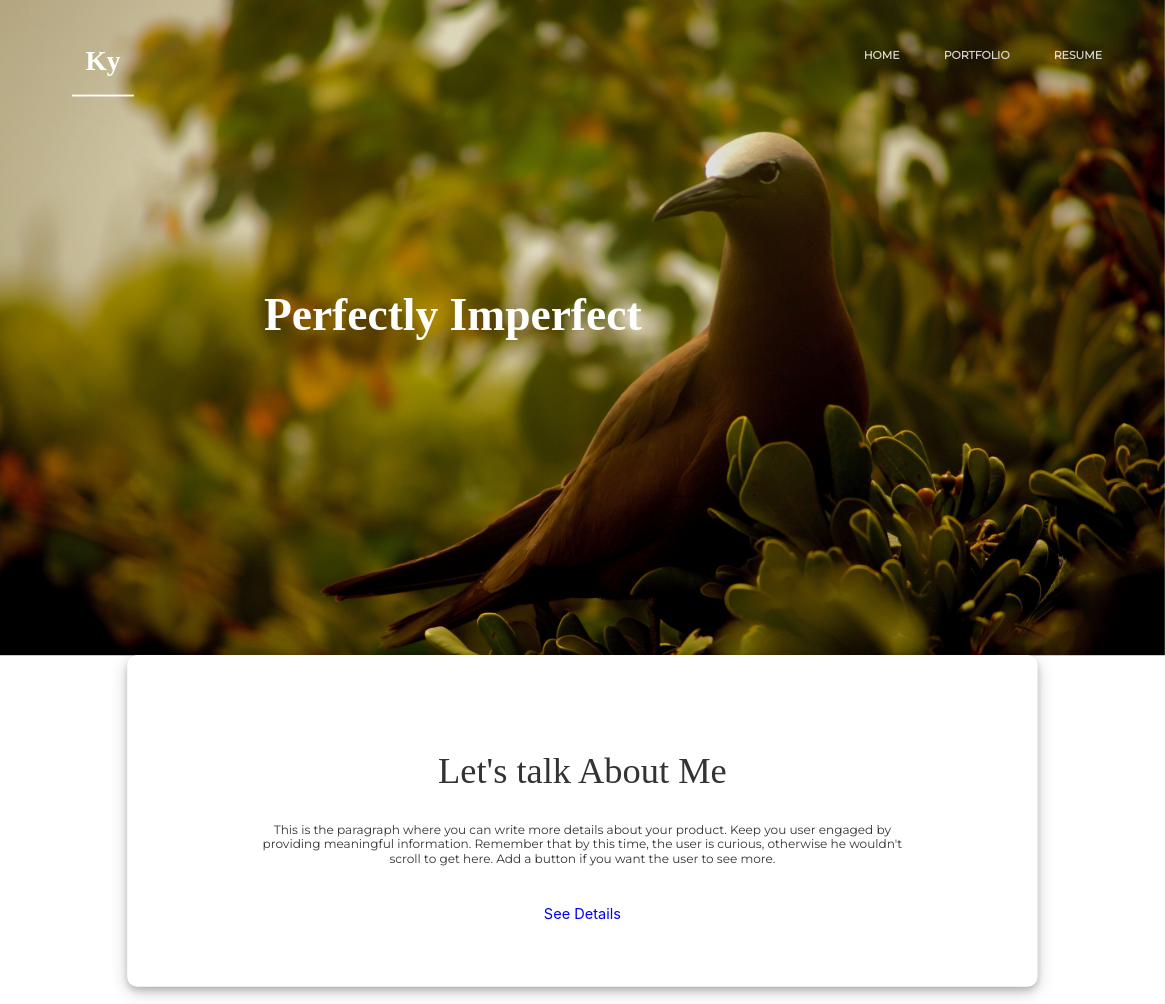
Repository: kkyler24/Perfectly-Imperfect
Page: / (app in imperfect/)
The author's editor kept a copy of each file at every save. The page is drawn from the files as they stood at one save, then again after the next save.
The browser window is 1280 px wide. The pictures show the whole page, at 91% of full size.
Backgrounds fixed to the window are drawn as part of the page. Some web fonts or font styles are not loaded; a fallback is used. The project was rebuilt for these pictures with package versions that can differ from the ones it lists, and the page was loaded fresh each time.

Above is the page before, as saved 2020-08-06 12:10:28.

### imperfect/public/index.html
<!DOCTYPE html>
<html lang="en">
  <head>
    <meta charset="utf-8" />
    <link rel="icon" href="%PUBLIC_URL%/favicon.ico" />
    <meta name="viewport" content="width=device-width, initial-scale=1" />
    <meta name="theme-color" content="#000000" />
    <meta
      name="description"
      content="Web site created using create-react-app"
    />
    <link rel="apple-touch-icon" href="%PUBLIC_URL%/logo192.png" />

    <link rel="manifest" href="%PUBLIC_URL%/manifest.json" />

    <link
      href="https://fonts.googleapis.com/css2?family=Montserrat&family=Petit+Formal+Script&display=swap"
      rel="stylesheet"
    />

    <title>React App</title>
  </head>
  <body>
    <noscript>You need to enable JavaScript to run this app.</noscript>
    <div id="root"></div>
  </body>
</html>

### imperfect/src/App.js
import React from "react";
import logo from "./logo.svg";
import "./App.css";
import Nav from "./Components/navbarComponent/navbar.js";
import PGHeader from "./Components/Headerindex/header.js";
import AboutMe from "./Components/aboutMeIndex/aboutme.js";

function App() {
  return (
    <div className="App">
      <Nav />
      <PGHeader />
      <AboutMe />
    </div>
  );
}

export default App;

### imperfect/src/App.css
body {
  color: #66615b;
  font-size: 16px;
  box-sizing: border-box;
  display: block;
}

### imperfect/src/Components/navbarComponent/navbar.js
import React from "react";
import "./navbar.css";

function NavBar() {
  return (
    <div>
      <nav
        color-on-scroll="300"
        class="fixed-top navbar-transparent navbar navbar-expand-lg"
      >
        <div class="container-fluid">
          <div class="navbar-translate">
            <a
              id="Kytitle"
              data-placement="bottom"
              target="_blank"
              title="Coded by Creative Tim"
              class="navbar-brand"
              href="#/index"
            >
              Ky
            </a>
            <button aria-expanded="false" class="navbar-toggler navbar-toggler">
              <span class="navbar-toggler-bar bar1"></span>
              <span class="navbar-toggler-bar bar2"></span>
              <span class="navbar-toggler-bar bar3"></span>
            </button>
          </div>
          <div class="justify-content-end collapse navbar-collapse">
            <ul class="navbar-nav">
              <li class="nav-item">
                <a
                  data-placement="bottom"
                  href="https://www.linkedIn"
                  target="_blank"
                  title="Let's connect on LinkedIn"
                  class="nav-link"
                >
                  {/* <i class="fa fa-linkedIn"></i> */}
                </a>
              </li>
              <li class="nav-item">
                <a
                  data-placement="bottom"
                  href="https://www.linkedIn"
                  target="_blank"
                  title="Let's connect on LinkedIn"
                  class="nav-link"
                >
                  {/* <i class="fa fa-linkedIn"></i> */}
                </a>
              </li>
              <li class="nav-item">
                <a
                  data-placement="bottom"
                  href="https://twitter.com/CreativeTim?ref=creativetim"
                  target="_blank"
                  title="Follow us on Twitter"
                  class="nav-link"
                >
                  {/* <i class="fa fa-twitter"></i> */}
                  <p class="d-lg-none"></p>
                </a>
                <li class="nav-item mr-2rem">
                  <a
                    data-placement="bottom"
                    href="https://www.github.com/CreativeTimOfficial?ref=creativetim"
                    target="_blank"
                    title="Star on GitHub"
                    class="nav-link"
                  >
                    {/* <i class="fa fa-github"></i> */}
                    <p class="d-lg-none"></p>
                  </a>
                </li>
              </li>
              <li class="nav-item">
                <a class="nav-link" href="#/index">
                  <i class="nc-icon nc-layout-11"></i> Home
                </a>
              </li>
              <li class="nav-item">
                <a class="nav-link" href="#/index">
                  <i class="nc-icon nc-layout-11"></i> Portfolio
                </a>
              </li>
              <li class="nav-item">
                <a target="_blank" class="nav-link" href="#/documentation">
                  <i class="nc-icon nc-book-bookmark"></i> Resume
                </a>
              </li>

              <li class="nav-item">
                <a
                  data-placement="bottom"
                  href="https://www.github.com/CreativeTimOfficial?ref=creativetim"
                  target="_blank"
                  title="Star on GitHub"
                  class="nav-link"
                >
                  {/* <i class="fa fa-github"></i> */}
                  <p class="d-lg-none"></p>
                </a>
              </li>
            </ul>
          </div>
        </div>
      </nav>
    </div>
  );
}
export default NavBar;

### imperfect/src/Components/Headerindex/header.js
import React from "react";
import "./Indexheader.css";

function PageHeader(props) {
  return (
    <div id="background" className="page-header" data-parallax="true">
      <div className="filter"></div>
      <div className="headerContainer">
        <div className="motto text-center">
          <h1 id="JumboHeaderTitle">Perfectly Imperfect</h1>
          <br />
        </div>
      </div>
    </div>
  );
}
export default PageHeader;

### imperfect/src/Components/aboutMeIndex/aboutme.js
import React from "react";
import "./aboutme.css";

function Aboutme() {
  return (
    <div className=" card aboutMain">
      <div className="sectionAB text-center">
        <div className="ABcontainer">
          <div class="row">
            <div class="ml-auto mr-auto col-md-8">
              <h2 class="titleAB">Let's talk About Me</h2>
              <h5 class="descriptionAB">
                This is the paragraph where you can write more details about
                your product. Keep you user engaged by providing meaningful
                information. Remember that by this time, the user is curious,
                otherwise he wouldn't scroll to get here. Add a button if you
                want the user to see more.
              </h5>
              <br />
              <a href="#pablo" class="btn-round btn btn-info">
                See Details
              </a>
            </div>
          </div>
        </div>
      </div>
    </div>
  );
}
export default Aboutme;

### imperfect/src/Components/navbarComponent/navbar.css
/* navbar */
#Kytitle {
  font-family: "Petit Formal Script", cursive;
  font-size: 30px;
  color: #fff;
  border-bottom: solid 2px rgb(255, 255, 255);
  text-transform: capitalize;
}

.navbar.navbar-transparent {
  background: transparent !important;
  padding-top: 25px;
  box-shadow: none;
}

.navbar.navbar-transparent .navbar-brand {
  color: rgb(20, 3, 3);
}

.navbar .navbar-brand {
  font-weight: 600;
  margin: 5px 0;
  padding: 20px 15px;
  font-size: 14px;
  text-transform: uppercase;
}

.navbar-nav {
  display: flex;
  flex-direction: column;
  padding-left: 0;
  margin-bottom: 0;
  list-style: none;
}
.navbar-brand {
  display: inline-block;
  padding-top: 0.3125rem;
  padding-bottom: 0.3125rem;
  margin-right: 1rem;
  font-size: 1.25rem;
  line-height: inherit;
  white-space: nowrap;
}

.navbar {
  border: 0;
  font-size: 14px;
  padding: 0;
  font-family: "Montserrat", "Helvetica", Arial, sans-serif;
  font-weight: 300;
  align-items: center;
  display: flex;
}
.navbar > .container-fluid {
  display: flex;
  flex-wrap: wrap;
  align-items: center;
  justify-content: space-between;
}

.nav-link {
  display: block;
}

.navbar-toggler {
  padding: 0.25rem 0.75rem;
  font-size: 1.25rem;
  line-height: 1;
  background-color: transparent;
  border: 1px solid transparent;
  border-radius: 0.25rem;
}
button {
  text-transform: none;
  overflow: visible;
  -webkit-font-smoothing: antialiased;
  font-family: "Montserrat", "Helvetica", Arial, sans-serif;
  font-weight: 300;
  margin: 0;
  text-rendering: auto;
  color: -internal-light-dark(buttontext, rgb(170, 170, 170));
  letter-spacing: normal;
  word-spacing: normal;
  text-indent: 0px;
  text-shadow: none;
  display: inline-block;
  text-align: center;
  align-items: flex-start;
  font: 400 13.3333px Arial;
}
.navbar .navbar-toggler .navbar-toggler-bar {
  display: block;
  position: relative;
  width: 24px;
  height: 2px;
  border-radius: 1px;
  margin: 0 auto;
}

.navbar.navbar-transparent .navbar-toggler .navbar-toggler-bar {
  background: #fff !important;
}

.navbar-transparent .navbar-nav .nav-item .nav-link:not(.btn) {
  color: #fff;
  border-color: #fff;
}

.navbar .navbar-toggler .navbar-toggler-bar + .navbar-toggler-bar {
  margin-top: 4px;
}

.navbar .navbar-nav .nav-item .nav-link {
  line-height: 1.6;
  margin: 15px 3px;
  padding: 10px 15px;
  opacity: 0.8;
  font-size: 12px;
  text-transform: uppercase;
  font-weight: 600;
}

.navbar .navbar-nav .nav-item .nav-link p {
  margin: 0;
  text-transform: uppercase;
  font-weight: 600;
  font-size: 12px;
  line-height: 1.5em;
  padding: 15px 0;
}

button:not(:disabled) {
  cursor: pointer;
}

.container-fluid {
  width: 100%;
  padding-right: 15px;
  padding-left: 15px;
  margin-right: 0%;
  margin-left: 5%;
}

.fixed-top {
  position: fixed;
  right: 0;
  left: 0;
  z-index: 1030;
  /* not needed for fixed bottom */
  top: 0;
}

a {
  text-decoration: none;
  background-color: transparent;
}

.collapse:not(.show) {
  display: none;
}

.justify-content-end,
ul {
  justify-content: flex-end !important;
}

.navbar-collapse {
  flex-basis: 100%;
  flex-grow: 1;
  align-items: center;
}

ul {
  margin-top: 0;
}

.navbar .navbar-nav .nav-item .nav-link [class^="fa"] {
  font-size: 17px;
  position: relative;
  right: 5px;
}
.fa {
  width: 18px;
  text-align: center;
}
.fa {
  display: inline-block;
  font: normal normal normal 14px/1 FontAwesome;
  text-rendering: auto;
  -webkit-font-smoothing: antialiased;
}

.nc-icon {
  display: inline-block;
  font: normal normal normal 14px/1 "nucleo-icons";
  font-size: inherit;
  text-transform: none;
  -webkit-font-smoothing: antialiased;
}

.nc-layout-11:before {
  content: "\ea36";
}

.nc-book-bookmark:before {
  content: "\ea0f";
}

.fa-github:before {
  content: "\f09b";
}

:before {
  box-sizing: border-box;
}

.navbar .navbar-collapse .nav-item .nav-link p {
  display: inline;
}

/* media Q navbar */
@media (min-width: 992px) {
  .navbar-expand-lg {
    flex-flow: row nowrap;
    justify-content: flex-start;
  }
  .navbar {
    justify-content: space-between;
  }
}
/* Li */
@media (min-width: 992px) {
  .navbar-expand-lg .navbar-nav {
    flex-direction: row;
  }
}
@media screen and (max-width: 991px) {
  .navbar-collapse ul {
    position: relative;
    z-index: 3;
    height: 95%;
  }
}

@media screen and (max-width: 991px) {
  .navbar-collapse .navbar-nav > .nav-item > .nav-link {
    color: #9a9a9a !important;
  }
}

@media screen and (max-width: 991px) {
  .navbar-collapse {
    position: fixed;
    display: block !important;
    top: 0;
    width: 230px;
    right: 0;
    z-index: 1032;
    visibility: visible;
    background-color: #999;
    overflow-y: visible;
    border-top: none;
    text-align: left;
    border-left: 1px solid #ccc5b9;
    padding-right: 0;
    padding-left: 40px;
    padding-top: 15px;
    transform: translateX(230px);
    transition: all 0.33s cubic-bezier(0.685, 0.0473, 0.346, 1);
  }
}

@media (max-width: 991.98px) {
  .navbar-expand-lg > .container-fluid {
    padding-right: 0;
    padding-left: 0;
  }
}

@media (min-width: 768px) {
  .container-fluid {
    max-width: 720px;
  }
}

@media (min-width: 992px) {
  .container-fluid {
    max-width: 100%;
  }
}

@media screen and (max-width: 991px) {
  .navbar-translate {
    width: 100%;
    position: relative;
    display: flex;
    justify-content: space-between !important;
    align-items: center;
    transform: translateX(0);
    transition: all 0.33s cubic-bezier(0.685, 0.0473, 0.346, 1);
  }
}

@media (min-width: 992px) {
  .navbar-expand-lg .navbar-toggler {
    display: none;
  }
}

@media screen and (max-width: 991px) {
  .navbar-collapse {
    height: 100% !important;
  }
}

@media (min-width: 992px) {
  .navbar-expand-lg .navbar-collapse {
    display: flex !important;
    flex-basis: auto;
  }
}
/*
@media (min-width: 576px) {
  .container-fluid {
    max-width: 540px;
  }
} */

@media (min-width: 992px) {
  .navbar-expand-lg > .container-fluid {
    flex-wrap: nowrap;
  }
}

### imperfect/src/Components/Headerindex/Indexheader.css
#background {
  background-image: url("../../Assets/imgs/brownnoodyGreatbirdisland.jpg");
  background-attachment: fixed;
  background-repeat: no-repeat;
  background-size: cover;
  height: 700px;
}

.page-header {
  background-position: 50%;
  background-size: cover;
  min-height: 100vh;
  max-height: 999px;
  overflow: hidden;
  position: relative;
  width: 100%;
  z-index: 1;
  display: flex;
  align-items: center;
  justify-content: center;
}

.page-header .filter:after {
  background-color: rgba(0, 0, 0, 0.125);
  content: "";
  display: block;
  height: 100%;
  left: 0;
  top: 0;
  position: absolute;
  width: 100%;
  z-index: 1;
}

.page-header .motto {
  z-index: 3;
  color: #fff;
  position: relative;
  width: max-content;
}

.headerContainer {
  font-family: "Petit Formal Script", cursive;
  display: inline-flex;
  width: 100%;
  /* font-weight: 200; */
  padding-right: 15px;
  padding-left: 15px;
  margin-right: auto;
  margin-left: auto;
  font-size: 50px;
  max-width: 700px !important;
}

.text-center {
  text-align: center !important;
}
div {
  display: block;
}

h1 {
  display: block;
  font-size: 2em;
  margin-block-start: 0.67em;
  margin-block-end: 0.67em;
  margin-inline-start: 0px;
  margin-inline-end: 0px;
  font-weight: bold;
}
@media (max-width: 450px) and (min-width: 280px) {
  #JumboHeaderTitle {
    width: 300px;
    margin: auto;
    font-size: 20px;
    text-align: center;
  }
  #background {
    width: 450px !important;
  }
}
/*
@media (max-width: 570px) and (min-width: 280px) {
  #JumboHeaderTitle {
    width: 400px;
    margin: auto;
    font-size: 20px;
    text-align: center;
  }
} */

/* media Q */
@media (min-width: 992px) {
  .headerContainer {
    max-width: 960px;
  }
}

@media (min-width: 768px) {
  .headerContainer {
    max-width: 720px;
  }
}

@media (min-width: 576px) {
  .headerContainer {
    max-width: 540px;
    font-size: 25px;
  }
}

@media (max-width: 576px) {
  .headerContainer {
    display: flex;
    flex-wrap: wrap;
    max-width: 540px !important;
    font-size: 20px;
    text-align: center;
  }
}

### imperfect/src/Components/aboutMeIndex/aboutme.css
.aboutMain .section:first-of-type {
  position: relative;
  z-index: 3;
  position: relative;
  background: #ffffff;
  margin: -60px 30px 0px;
  box-shadow: 0 16px 24px 2px rgba(0, 0, 0, 0.14),
    0 6px 30px 5px rgba(0, 0, 0, 0.12), 0 8px 10px -5px rgba(0, 0, 0, 0.2);
  border-radius: 6px;
  padding: 70px 0;
}

.card,
.aboutMain {
  width: 700px;
  border-radius: 12px;
  box-shadow: 0 4px 8px 0 rgba(0, 0, 0, 0.2), 0 6px 20px 0 rgba(0, 0, 0, 0.19);
  text-align: center;
  background-color: #fff;
  color: #333;
  margin-bottom: 20px;
  position: relative;
  z-index: 3;
  border: 0;
  transition: transform 0.3s cubic-bezier(0.34, 2, 0.6, 1), box-shadow 0.2s ease;
  display: flex;
  flex-direction: column;
  min-width: 0;
  background-clip: border-box;
  /* border: 1px solid rgba(0, 0, 0, 0.25); */
  /* border-radius: 20px; */
  margin-left: auto;
  margin-right: auto;
}

.sectionAB {
  padding: 70px 0;
  background-color: #fff;
  border-radius: 10px;
}

.text-center {
  text-align: center !important;
}

.titleAB {
  font-family: "Petit Formal Script", cursive;
  font-weight: lighter;
  font-size: 40px;
}

.descriptionAB {
  font-family: "Montserrat", sans-serif;
  font-weight: lighter;
}

.ABcontainer {
  width: 100%;
  margin-right: auto;
  margin-left: auto;
}

row {
  display: flex;
  flex-wrap: wrap;
  margin-right: -15px;
  margin-left: -15px;
}

@media (min-width: 768px) {
  .ABcontainer {
    max-width: 720px;
  }
}

@media (max-width: 992px) {
  .sectionAB {
    max-width: 700px;
  }
}

@media (min-width: 992px) {
  .sectionAB,
  .aboutMain {
    width: 1000px;
  }
}

Loaded but not shown: imperfect/src/index.js (common file); imperfect/src/index.css (common file); imperfect/src/serviceWorker.js (common file)

After the next save:
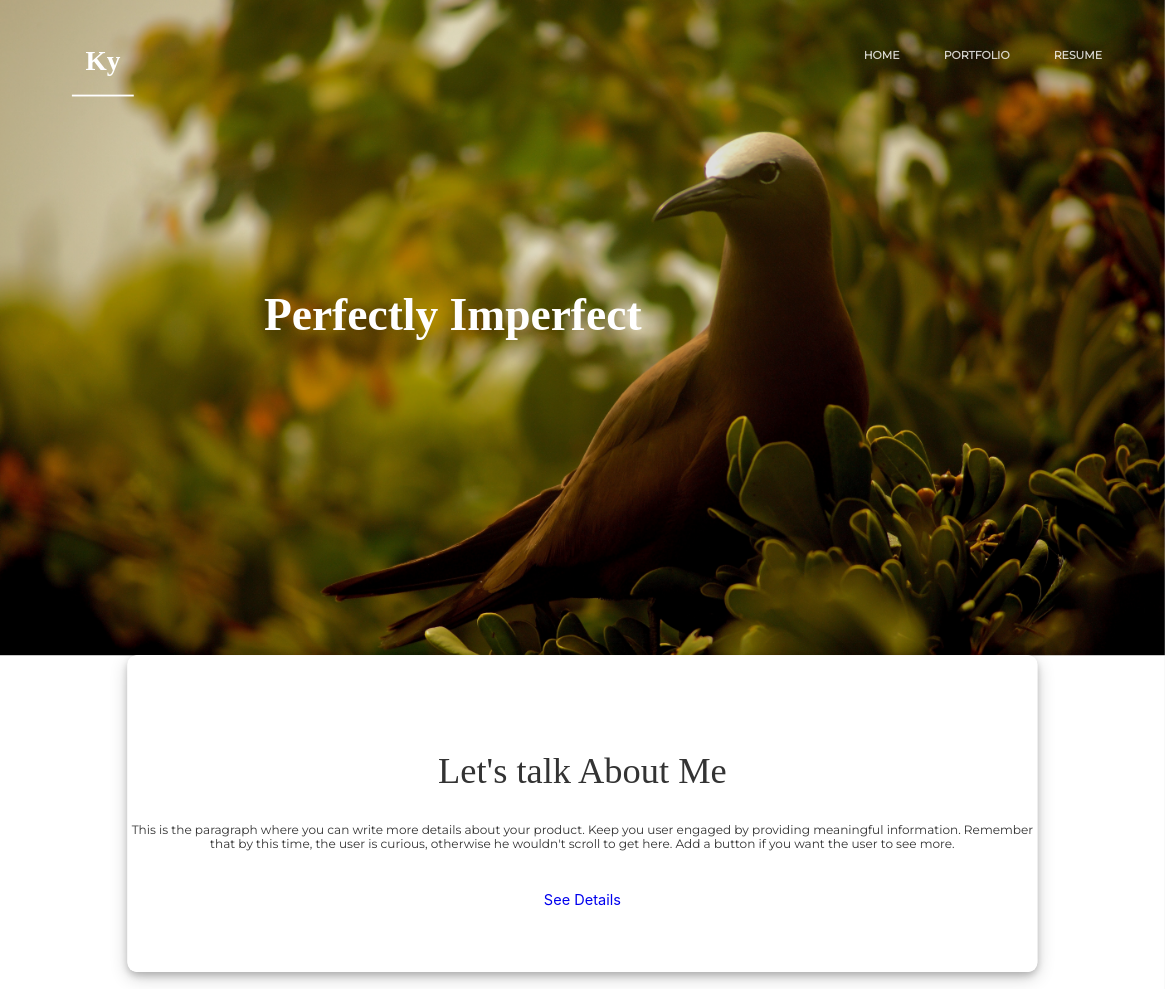
Saved 5 min 56 s later.
--- a/imperfect/src/Components/aboutMeIndex/aboutme.js
+++ b/imperfect/src/Components/aboutMeIndex/aboutme.js
@@ -5,7 +5,7 @@ function Aboutme() {
   return (
     <div className=" card aboutMain">
       <div className="sectionAB text-center">
-        <div className="ABcontainer">
+        <div className="ABccontainer">
           <div class="row">
             <div class="ml-auto mr-auto col-md-8">
               <h2 class="titleAB">Let's talk About Me</h2>
